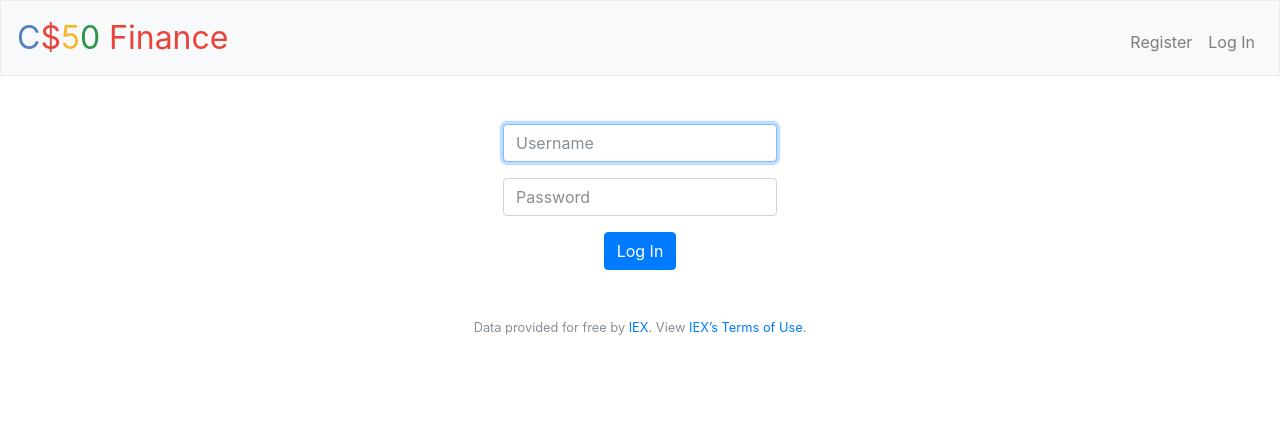
Repository: kenwynejohnes/cs50
Page: http://localhost/register
The author's editor kept a record of every edit. The page is drawn from the files as they stood at one moment, then again after the next edit.
The browser window is 1280 px wide. The pictures show the whole page.
Some web libraries are served in a nearby version. The page is served by the project's application, run on Flask 3 (pset7/finance/application.py). Other server files are loaded and not shown.

Above is the page before.

### pset7/finance/templates/register.html
{% extends "login.html" %}

{% block form %}
    <div class="form-group">
        <input autocomplete="off" autofocus class="form-control" name="username" placeholder="Username" type="text"/>
     </div>
    <div class="form-group">
        <input class="form-control" name="password" placeholder="Password" type="password"/>
    </div>
    <div class="form-group">
        <input class="form-control" name="passwordconfirm" placeholder="Confirm Password" type="password"/>
    </div>
    <button class="btn btn-primary" type="submit">Register</button>
{% endblock %}

### pset7/finance/templates/layout.html
<!DOCTYPE html>

<html lang="en">

    <head>

        <!-- Required meta tags -->
        <meta charset="utf-8"/>
        <meta name="viewport" content="width=device-width, initial-scale=1, shrink-to-fit=no"/>

        <!-- documentation at http://getbootstrap.com/docs/4.0/, alternative themes at https://bootswatch.com/4-alpha/ -->
        <link href="https://maxcdn.bootstrapcdn.com/bootstrap/4.0.0-beta.2/css/bootstrap.min.css" rel="stylesheet"/>

        <link href="/static/styles.css" rel="stylesheet"/>

        <script src="https://code.jquery.com/jquery-3.1.1.min.js"></script>
        <script src="https://cdnjs.cloudflare.com/ajax/libs/popper.js/1.12.3/umd/popper.min.js"></script>
        <script src="https://maxcdn.bootstrapcdn.com/bootstrap/4.0.0-beta.2/js/bootstrap.min.js"></script>

        <title>C$50 Finance: {% block title %}{% endblock %}</title>

    </head>

    <body>

        <nav class="navbar navbar-expand-md navbar-light bg-light border">
            <a class="navbar-brand" href="/"><span class="blue">C</span><span class="red">$</span><span class="yellow">5</span><span class="green">0</span> <span class="red">Finance</span></a>
            <button aria-controls="navbar" aria-expanded="false" aria-label="Toggle navigation" class="navbar-toggler" data-target="#navbar" data-toggle="collapse" type="button">
                <span class="navbar-toggler-icon"></span>
            </button>
            <div class="collapse navbar-collapse" id="navbar">
                {% if session.user_id %}
                    <ul class="navbar-nav mr-auto mt-2">
                        <li class="nav-item"><a class="nav-link" href="/quote">Quote</a></li>
                        <li class="nav-item"><a class="nav-link" href="/buy">Buy</a></li>
                        <li class="nav-item"><a class="nav-link" href="/sell">Sell</a></li>
                        <li class="nav-item"><a class="nav-link" href="/history">History</a></li>
                    </ul>
                    <ul class="navbar-nav ml-auto mt-2">
                        <li class="nav-item"><a class="nav-link" href="/logout">Log Out</a></li>
                    </ul>
                {% else %}
                    <ul class="navbar-nav ml-auto mt-2">
                        <li class="nav-item"><a class="nav-link" href="/register">Register</a></li>
                        <li class="nav-item"><a class="nav-link" href="/login">Log In</a></li>
                    </ul>
                {% endif %}
            </div>
        </nav>

        {% if get_flashed_messages() %}
            <header>
                <div class="alert alert-primary border text-center" role="alert">
                    {{ get_flashed_messages() | join(" ") }}
                </div>
            </header>
        {% endif %}

        <main class="container p-5">
            {% block main %}{% endblock %}
        </main>

        <footer class="small text-center text-muted">
            Data provided for free by <a href="https://iextrading.com/developer">IEX</a>. View <a href="https://iextrading.com/api-exhibit-a/">IEX’s Terms of Use</a>.
        </footer>

    </body>

</html>

### pset7/finance/application.py
import os, datetime, sqlite3

from cs50 import SQL
from flask import Flask, flash, redirect, render_template, request, session
from flask_session import Session
from tempfile import mkdtemp
from werkzeug.exceptions import default_exceptions
from werkzeug.security import check_password_hash, generate_password_hash

from helpers import apology, login_required, lookup, usd

# Configure application
app = Flask(__name__)

# Ensure templates are auto-reloaded
app.config["TEMPLATES_AUTO_RELOAD"] = True

# Ensure responses aren't cached
@app.after_request
def after_request(response):
    response.headers["Cache-Control"] = "no-cache, no-store, must-revalidate"
    response.headers["Expires"] = 0
    response.headers["Pragma"] = "no-cache"
    return response

# Custom filter
app.jinja_env.filters["usd"] = usd

# Configure session to use filesystem (instead of signed cookies)
app.config["SESSION_FILE_DIR"] = mkdtemp() # creating temporary directory
app.config["SESSION_PERMANENT"] = False
app.config["SESSION_TYPE"] = "filesystem"
Session(app)

# Configure CS50 Library to use SQLite database
db = SQL("sqlite:///finance.db")

@app.route("/")
@login_required
def index():
    # Updating pricing info
    stocks = db.execute("SELECT id, symbol, price, shares, total FROM stock WHERE id = :user_id",
                         user_id=session["user_id"])
    for stock in stocks:
        price = stock['price']
        symbol = stock['symbol']
        search = lookup(symbol)
        db.execute("UPDATE stock SET price = :price WHERE id = :user_id AND symbol = :symbol",
                        price=search['price'],
                        user_id=session["user_id"],
                        symbol=search['symbol'])
    # Update total value
    db.execute("UPDATE stock SET total = price*shares")
    """Show portfolio of stocks"""
    rows = db.execute("SELECT symbol, name, SUM(shares) as shares1, price as price1, SUM(total) as total1 FROM stock WHERE id = :user_id GROUP BY symbol" ,
                          user_id=session["user_id"])
    balances = db.execute("SELECT cash as cash1 FROM  users WHERE id = :user_id",
                            user_id=session["user_id"])
    overalls = db.execute("SELECT cash+SUM(total) AS total1 FROM (SELECT users.id, users.cash, stock.total FROM users INNER JOIN stock ON users.id=stock.id WHERE stock.id=:user_id AND EXISTS(SELECT * FROM stock))",
                            user_id=session["user_id"])
    const = "CASH"
    return render_template("index.html", rows = rows, const = const, balances = balances, overalls = overalls)


@app.route("/buy", methods=["GET", "POST"])
@login_required
def buy():
    """Buy shares of stock"""
    if request.method == "POST":

        # Ensure symbol is filled
        if not request.form.get("symbol"):
            return apology("must provide symbol name!", 403)

        elif not request.form.get("shares"):
            return apology("must provide number of shares!", 403)

        elif int(request.form.get("shares")) < 0:
            return apology("number of shares must be positive!", 403)

        # Get stock quote
        s = lookup(request.form.get("symbol"))

        # Checking if user can afford to buy symbol
        rows = db.execute("SELECT cash FROM users WHERE id = :user_id",
                          user_id=session["user_id"])

        summary =  s['price']*float(request.form.get("shares"))

        if rows[0]["cash"] < summary:
            return apology("not enough money to buy this stock!", 403)

        # Updating cash
        rows = db.execute("UPDATE users SET cash = :cash WHERE id =  :user_id",
                           cash=rows[0]["cash"] - summary,
                           user_id=session["user_id"])

        # Adding purchase to database
        cows = db.execute("INSERT INTO stock (symbol, name, id, shares, price, total, date) VALUES (:symbol, :name, :user_id, :shares, :price, :total, :date)",
                          symbol=request.form.get("symbol"),
                          name=s['name'],
                          user_id=session["user_id"],
                          shares=request.form.get("shares"),
                          price=s['price'],
                          total=s['price']*float(request.form.get("shares")),
                          date=datetime.datetime.now())

        return redirect("/")

    # User reached route via GET (as by clicking a link or via redirect)
    else:
        return render_template("buy.html")


@app.route("/history")
@login_required
def history():
    """Show history of transactions"""
    return apology("TODO")


@app.route("/login", methods=["GET", "POST"])
def login():
    """Log user in"""

    # Forget any user_id
    session.clear()

    # User reached route via POST (as by submitting a form via POST)
    if request.method == "POST":

        # Ensure username was submitted
        if not request.form.get("username"):
            return apology("must provide username", 403)

        # Ensure password was submitted
        elif not request.form.get("password"):
            return apology("must provide password", 403)

        # Query database for username
        rows = db.execute("SELECT * FROM users WHERE username = :username",
                          username=request.form.get("username"))

        # Ensure username exists and password is correct
        if len(rows) != 1 or not check_password_hash(rows[0]["hash"], request.form.get("password")):
            return apology("invalid username and/or password", 403)

        # Remember which user has logged in
        session["user_id"] = rows[0]["id"]

        # Redirect user to home page
        return redirect("/")

    # User reached route via GET (as by clicking a link or via redirect)
    else:
        return render_template("login.html")


@app.route("/logout")
def logout():
    """Log user out"""

    # Forget any user_id
    session.clear()

    # Redirect user to login form
    return redirect("/")


@app.route("/quote", methods=["GET", "POST"])
@login_required
def quote():
    """Get stock quote."""
    if request.method == "POST":

        # Ensure symbol is filled
        if not request.form.get("symbol"):
            return apology("must provide symbol", 403)

        # Get stock quote
        s = lookup(request.form.get("symbol"))

        try:
            return render_template("quoted.html", name = s['name'], price = usd(s['price']), symbol = s['symbol'])
        except:
            return apology("no such symbol!", 403)

    # User reached route via GET (as by clicking a link or via redirect)
    else:
        return render_template("quote.html")


@app.route("/register", methods=["GET", "POST"])
def register():
    """Register user"""
     # User reached route via POST (as by submitting a form via POST)
    if request.method == "POST":

        # Ensure username was submitted
        if not request.form.get("username"):
            return apology("must provide username", 403)

        # Ensure password was submitted
        elif not request.form.get("password"):
            return apology("must provide password", 403)

        # Ensure passwords are matched
        elif request.form.get("password") != request.form.get("passwordconfirm"):
            return apology("passwords don't match!", 403)

        # Check if username exists
        check = db.execute("SELECT * FROM users WHERE username = :username",
                          username=request.form.get("username"))
        if len(check) != 0:
            return apology("username already exists!", 403)

        # Add to database
        rows = db.execute("INSERT INTO users (username, hash) VALUES (:username, :passhash)",
                          username=request.form.get("username"),
                          passhash=generate_password_hash(request.form.get("password")))

        # Redirect user to home page
        return redirect("/")

    # User reached route via GET (as by clicking a link or via redirect)
    else:
        return render_template("register.html")


@app.route("/sell", methods=["GET", "POST"])
@login_required
def sell():
    """Sell shares of stock"""
    return apology("TODO")


def errorhandler(e):
    """Handle error"""
    return apology(e.name, e.code)


# listen for errors
for code in default_exceptions:
    app.errorhandler(code)(errorhandler)

Loaded but not shown: pset7/finance/templates/login.html (common file); pset7/finance/static/styles.css (common file)

After the next edit:
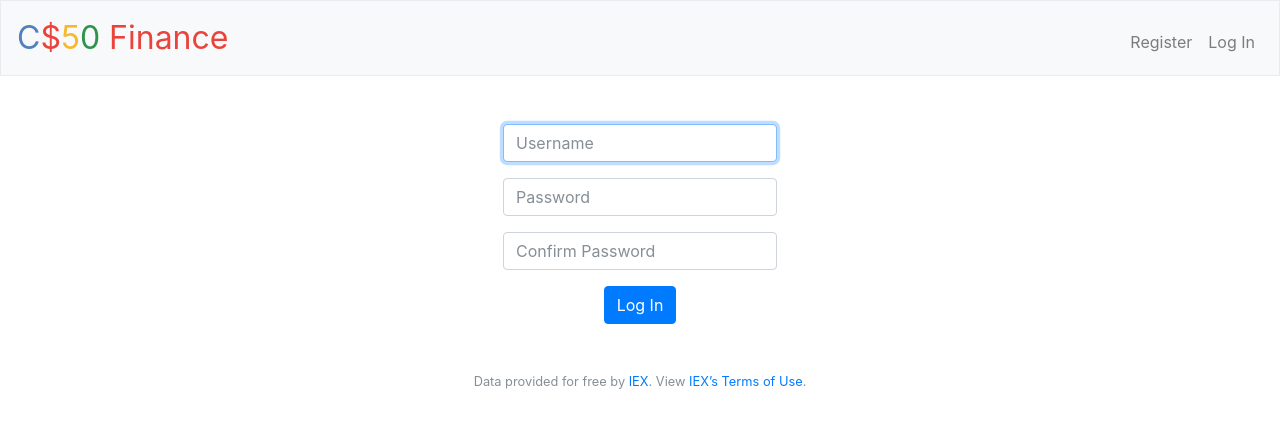
The edit:
--- a/pset7/finance/templates/register.html
+++ b/pset7/finance/templates/register.html
@@ -12,3 +12,18 @@
     </div>
     <button class="btn btn-primary" type="submit">Register</button>
 {% endblock %}
+
+{% block main %}
+    <form action="/login" method="post">
+        <div class="form-group">
+            <input autocomplete="off" autofocus class="form-control" name="username" placeholder="Username" type="text"/>
+        </div>
+        <div class="form-group">
+            <input class="form-control" name="password" placeholder="Password" type="password"/>
+        </div>
+        <div class="form-group">
+        <input class="form-control" name="passwordconfirm" placeholder="Confirm Password" type="password"/>
+    </div>
+        <button class="btn btn-primary" type="submit">Log In</button>
+    </form>
+{% endblock %}
